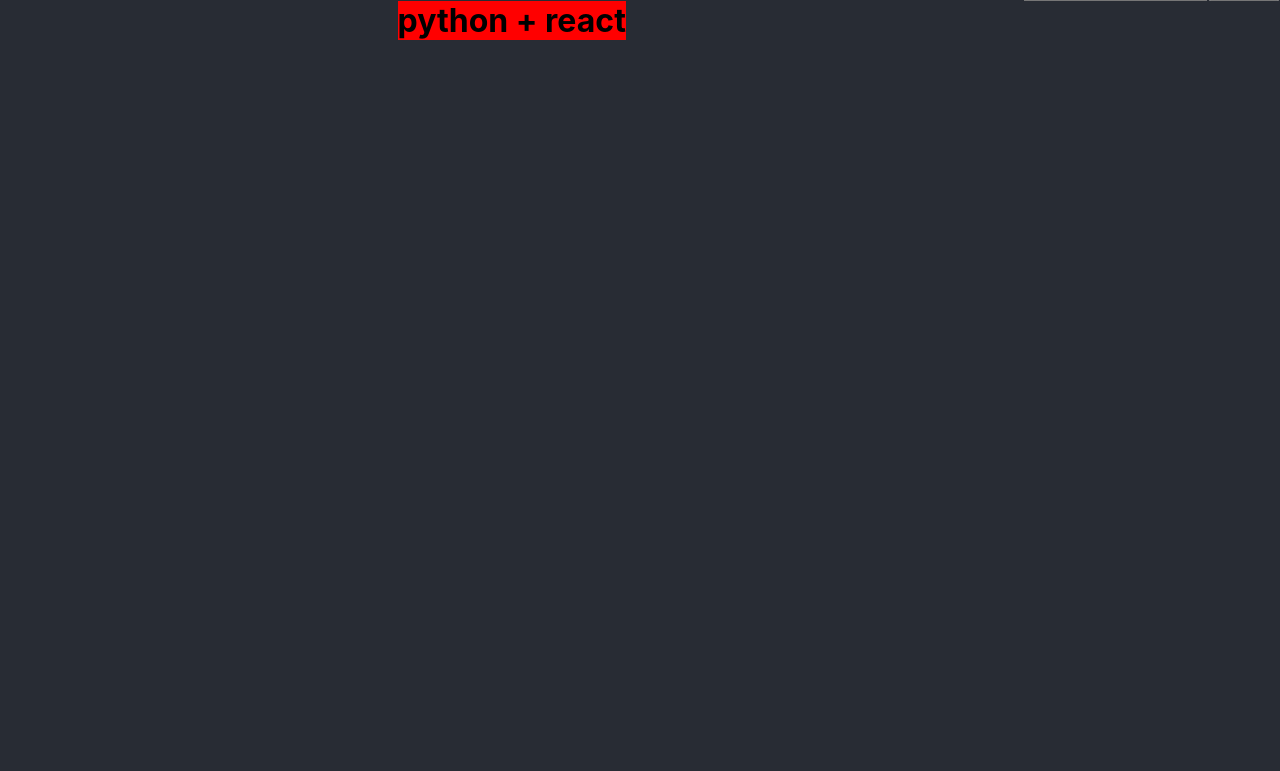
Repository: TMuse333/react-python
Page: / (app in client/)
An editor plug-in stored every save of this project. The page is shown before and after the next save, followed by the edit.
The browser window is 1280 px wide. The pictures show the whole page.
The page's requests for data from a server got no answer. The project was rebuilt for these pictures with package versions that can differ from the ones it lists, and the page was loaded fresh each time. No one was signed in, and anything a server would have sent is missing.

Above is the page before, as saved 2023-11-10 17:11:49.

### client/src/App.jsx
// App.jsx
import './App.css';
import React, { useState, useEffect } from 'react';
import Calculator from './components/Calculator'; // Import the Calculator component

function App() {
  const [data, setData] = useState({});
  const [result, setResult] = useState(null);

  useEffect(() => {
    fetch("/members")
      .then((res) => res.json())
      .then((data) => {
        setData(data);
        console.log(data);
      });
  }, []);

  const handleCalculate = (expression) => {
    // Assuming the expression contains two numbers separated by a comma
    const [value1, value2] = expression.split(",").map(Number);

    // Update the result state with the two numbers
    setResult({ value1, value2 });
  };

  return (
    <div className='bg'>


     <h1 className='banner'>python + react</h1>



      <Calculator onCalculate={handleCalculate} result={result} />
    </div>
  );
}

export default App;

### client/src/App.css


.bg{
  background-color: #282c34;
  height: 110vh;
  margin-top:-1.3rem;
  display: flex;

  width: 100vw;

}

.banner{
  background-color: red;
 width: max-content;
 height: min-content;
 margin-left: auto;
 margin-right: auto;




}

### client/src/components/Calculator.jsx
// Calculator.jsx
import React, { useState } from 'react';

const Calculator = ({ onCalculate, result }) => {
  const [expression, setExpression] = useState("");

  const handleCalculate = () => {
    onCalculate(expression);
  };

  return (
    <div>
      <input
        type="text"
        value={expression}
        onChange={(e) => setExpression(e.target.value)}
      />
      <button onClick={handleCalculate}>Calculate</button>

      {result && (
        <div>
          <p>The two numbers you entered are:</p>
          <p>{result.value1}</p>
          <p>{result.value2}</p>
        </div>
      )}
    </div>
  );
};

export default Calculator;

Loaded but not shown: client/public/index.html (common file); client/src/index.js (common file); client/src/index.css (common file); client/src/reportWebVitals.js (common file)

After the next save:
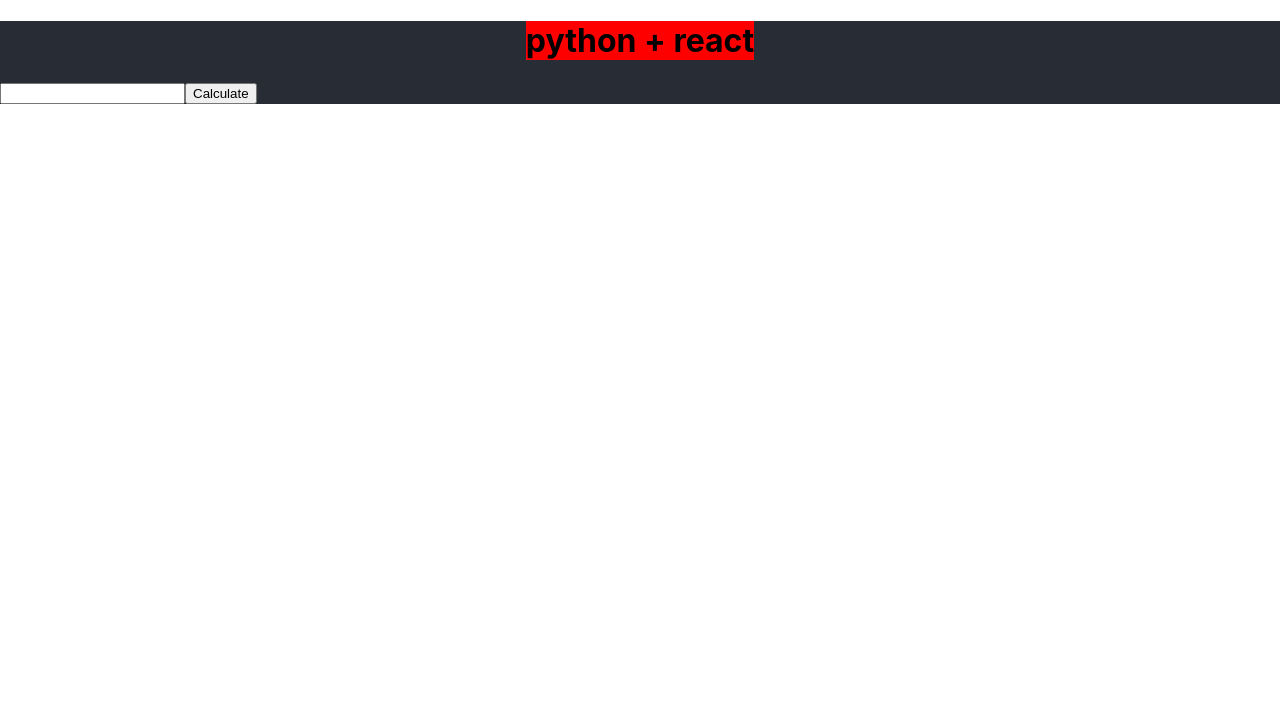
Saved 4 s later.
--- a/client/src/App.css
+++ b/client/src/App.css
@@ -2,11 +2,11 @@
 
 .bg{
   background-color: #282c34;
-  height: 110vh;
+  /* height: 110vh;
   margin-top:-1.3rem;
   display: flex;
 
-  width: 100vw;
+  width: 100vw; */
 
 }
 
